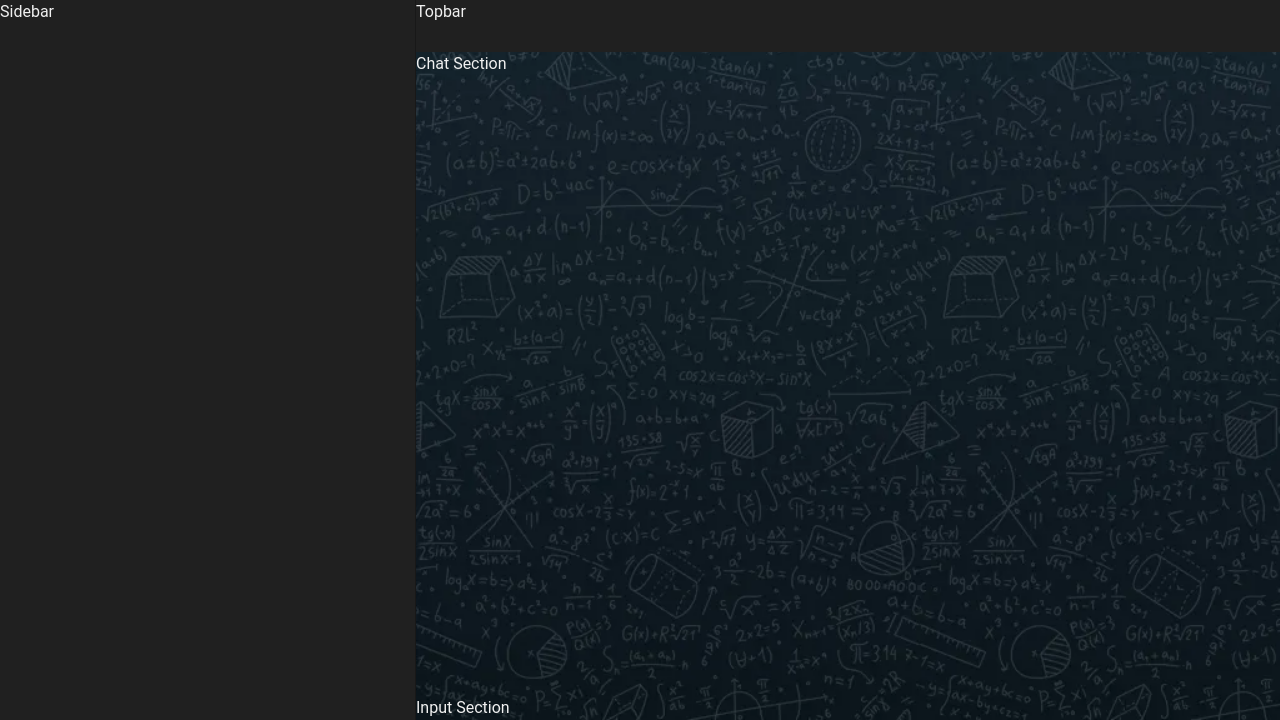
Repository: Qu4ntumGuy/telegram-clone
Page: /
The author's editor kept a copy of each file at every save. The page is drawn from the files as they stood at one save, then again after the next save.
The browser window is 1280 px wide. The pictures show the whole page.
The project was rebuilt for these pictures with package versions that can differ from the ones it lists, and the page was loaded fresh each time. Also part of the build but not shown: src/Utils/ContextProvider.js, src/Pages/ChatPage.js/ChatPage.js.

Above is the page before, as saved 2024-07-15 11:58:57.

### src/index.css
@tailwind base;
@tailwind components;
@tailwind utilities;

:root {
  font-family: "Roboto", sans-serif;
  color-scheme: light;
  body {
    @apply bg-[#181818] text-[#f0f0f0];
  }
}
/*
:root {
  @apply bg-[#181818];
} */

### src/App.js
import { Routes, BrowserRouter, Route } from "react-router-dom";
import Sidebar from "./Components/Sidebar";
import Home from "./Pages/Home/Home";
import ChatPage from "./Pages/ChatPage.js/ChatPage";

function App() {
  return (
    <div className="flex max-w-[105rem] mx-auto">
      <Sidebar />
      <BrowserRouter>
        <Routes>
          <Route path="/" element={<Home />} />
          <Route path="/k/:id" element={<ChatPage />} />
        </Routes>
      </BrowserRouter>
      {/* <Home /> */}
    </div>
  );
}

export default App;

### src/Components/Sidebar.js
import React from "react";
import { useComponentContext } from "../Utils/ContextProvider";

function Sidebar() {
  const context = useComponentContext();
  return (
    <div className="w-full md:max-w-[26rem] bg-[#202020] border-r border-[#181818] h-screen">
      Sidebar
    </div>
  );
}

export default Sidebar;

### src/Pages/Home/Home.js
import React from "react";
import backgroundImage from "../../Assets/Desktop.webp";

function Home() {
  const image =
    "https://blog.1a23.com/wp-content/uploads/sites/2/2020/02/pattern_02-150x150.png";

  //   const divStyle = {
  //     width: "100%",
  //     height: "100vh", // Adjust the height as needed
  //     backgroundImage: `url(${backgroundImage})`,
  //     backgroundSize: "cover", // Ensures the image covers the entire div
  //     backgroundPosition: "center", // Centers the image
  //   };
  return (
    <div
      className="md:flex flex-col justify-center bg-cover h-screen hidden md:w-full "
      style={{ backgroundImage: `url(${backgroundImage})` }}
    >
      <div className="top-0 mb-auto h-14  bg-[#202020]">Topbar</div>
      <div className="flex flex-col h-full">
        <div className="top-0">Chat Section</div>
        <div className="bottom-0 mt-auto">Input Section</div>
      </div>
    </div>
  );
}

export default Home;

### src/Components/Topbar.js
import React from "react";

function Topbar() {
  return (
    <div className="flex px-2">
      <div>
        <div>image</div>
        <div className="flex flex-col">
          <div>Name</div>
          <div>Last Seen</div>
        </div>
      </div>
      <div></div>
    </div>
  );
}

export default Topbar;

Loaded but not shown: public/index.html (common file); src/index.js (common file); src/reportWebVitals.js (common file); tailwind.config.js (common file)

After the next save:
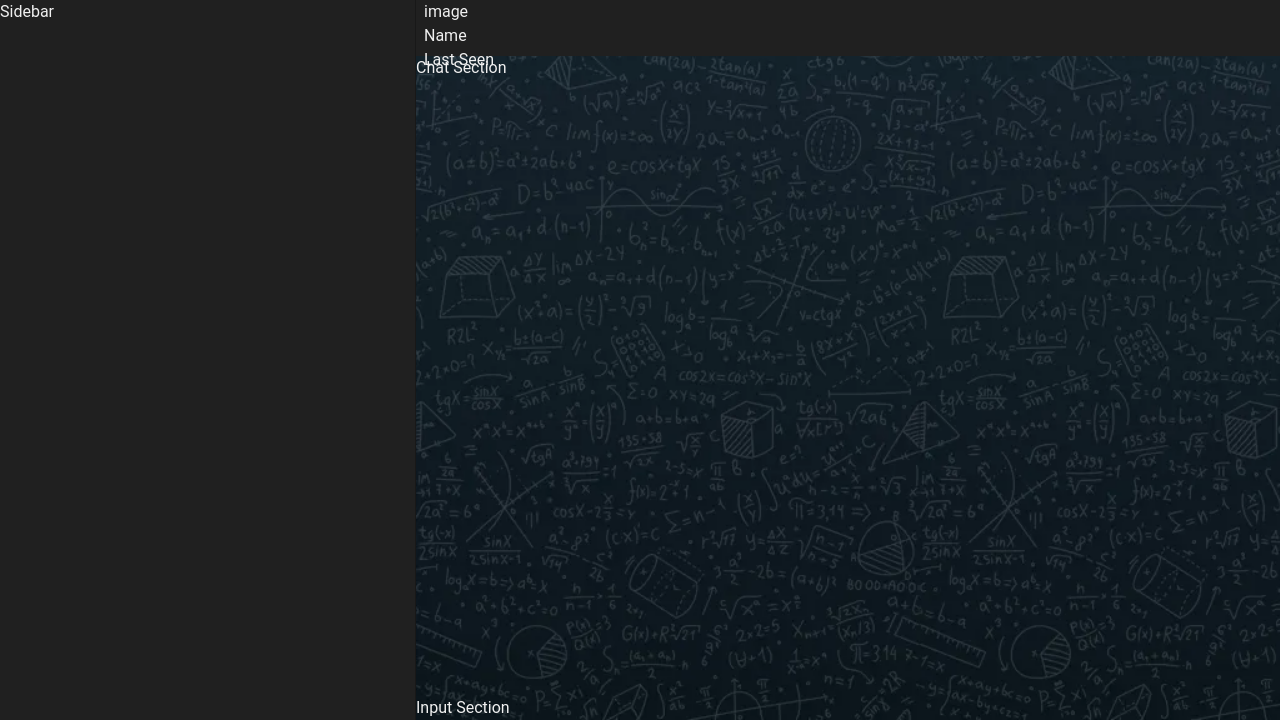
Saved 15 s later.
--- a/src/Pages/Home/Home.js
+++ b/src/Pages/Home/Home.js
@@ -1,5 +1,6 @@
 import React from "react";
 import backgroundImage from "../../Assets/Desktop.webp";
+import Topbar from "../../Components/Topbar";
 
 function Home() {
   const image =
@@ -17,7 +18,9 @@ function Home() {
       className="md:flex flex-col justify-center bg-cover h-screen hidden md:w-full "
       style={{ backgroundImage: `url(${backgroundImage})` }}
     >
-      <div className="top-0 mb-auto h-14  bg-[#202020]">Topbar</div>
+      <div className="top-0 mb-auto h-14  bg-[#202020]">
+        <Topbar />
+      </div>
       <div className="flex flex-col h-full">
         <div className="top-0">Chat Section</div>
         <div className="bottom-0 mt-auto">Input Section</div>
